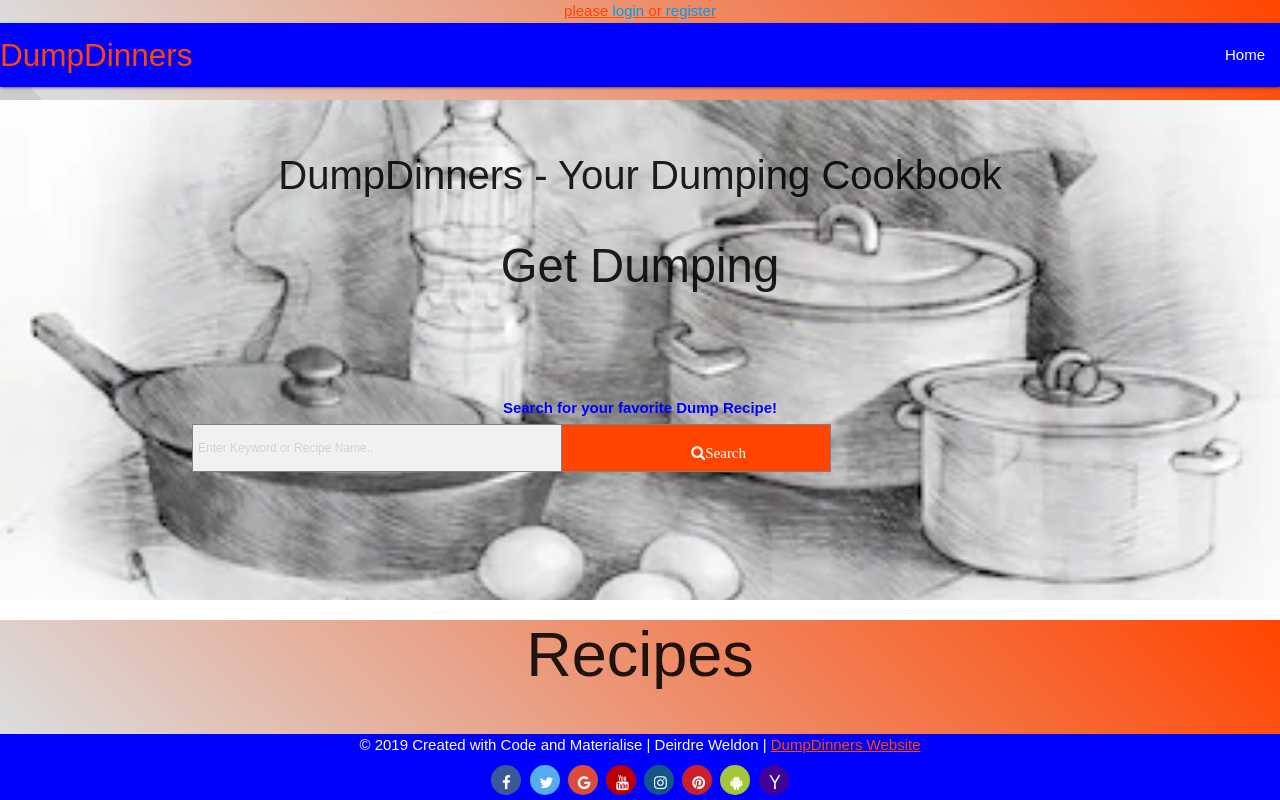
Repository: Deirdre18/dumpdinners-recipe-app
Page: http://localhost/
The author's editor kept a record of every edit. The page is drawn from the files as they stood at one moment, then again after the next edit.
The browser window is 1280 px wide. The pictures show the whole page.
Some web libraries are served in a nearby version. The page is served by the project's application, run on Flask 3 (app.py). Queries for data that is not in the repository find no rows.

Above is the page before.

After the next edit:
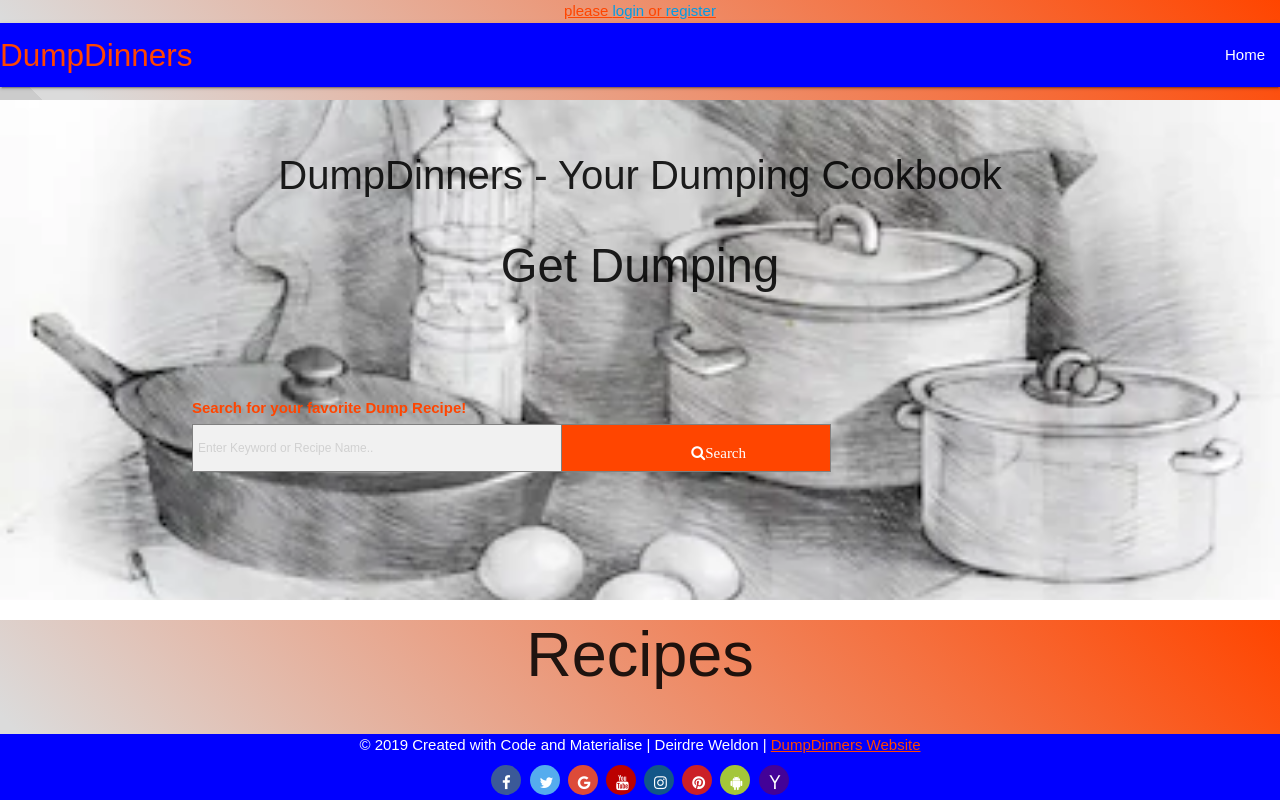
The edit:
--- a/templates/base.html
+++ b/templates/base.html
@@ -154,7 +154,7 @@
 
                 <div class="search-container">
 
-                    <h6 class="lead-search" style="color:blue; text-align:center"><strong>Search for your favorite Dump Recipe!</strong></h6>
+                    <h6 class="lead-search" style="color:orangered; text-align:left"><strong>Search for your favorite Dump Recipe!</strong></h6>
                     <form class="example" action="{{ url_for('search') }}">
                         <input type="text" placeholder="Enter Keyword or Recipe Name.." required name="query" style="margin-top:1px; width:40%; height:3em !important; color:black">
                         <div id="search">
